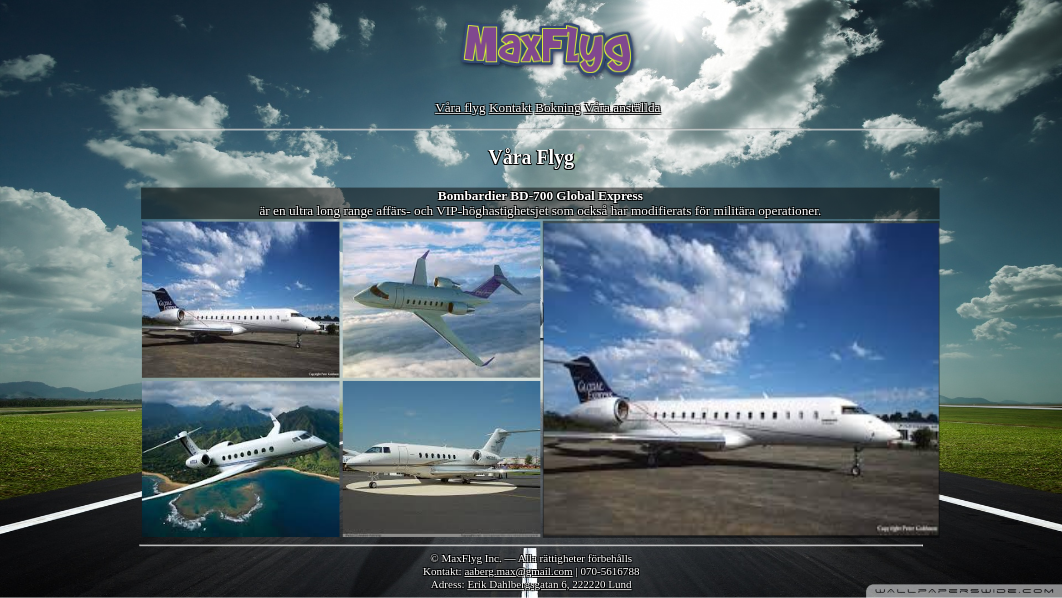
Repository: Maxenboy/Computer-Engineering-BA-A-Web-Programming-with-HTML5-CSS3-and-JavaScript-DT146G
Page: Mittuniversitet/Lab3/airplanes.html
The author's editor kept a copy of each file at every save. The page is drawn from the files as they stood at one save, then again after the next save.
The browser window is 1280 px wide. The pictures show the whole page, at 83% of full size.
Backgrounds fixed to the window are drawn as part of the page.

Above is the page before, as saved 2014-09-18 18:01:33.

### Mittuniversitet/Lab3/airplanes.html
<!DOCTYPE html>
<!--  Max Åberg
mabe1411
aaberg.max@gmail.com   -->

<html>
	<head>
		<meta charset="utf-8" />
		<title>MaxFlyg</title>
		<link type="text/css" rel="stylesheet" href="css/main.css">
		<link rel="shortcut icon" type="image/png" href="img/icon.png">
		<script src="js/main.js"></script>
	</head>
	<body>
		<header >

			<ul>
				<li>
					<a class="special" href="index.html"><img   src="img/logga.png" alt="MaxFlyg logga"/></a>
				</li>
			</ul>
			<ul>

				<li>
					<a href="">Våra flyg</a>
				</li>
				<li>
					<a href="contact.html">Kontakt</a>
				</li>
				<li>
					<a href="booking.html">Bokning</a>
				</li>
				<li>
					<a href="employees.html">Våra anställda</a>
				</li>
			</ul>
			<hr />
		</header>

		<section>
			<h1>Våra Flyg </h1>
			<table  class="table">
				<tr>
					<td colspan="3" class="span" id="description" ><strong> Bombardier BD-700 Global Express </strong>
					<br/>
					är en ultra long range affärs- och VIP-höghastighetsjet som också har modifierats för militära operationer.</td>
				</tr>
				<tr>
					<td><img  src="img/global.jpg" alt="Bombardier BD-700 Global Express" id="global" onclick="LoadImage('global')"/></td>
					<td><img src="img/challenger.jpg" alt="Bombardier Challenger 600-serien" id="challenger" onclick="LoadImage('challenger')" /></td>
					<td rowspan="2" class="span"><img  src="img/global.jpg" alt="Bombardier BD-700 Global Express" id="big"/></td>
				</tr>
				<tr>
					<td><img src="img/gulfstream.jpg" alt="Gulfstream" id="gulf" onclick="LoadImage('gulf')" /></td>
					<td><img src="img/hawker.jpg" alt="Hawker 800" id="hawk" onclick="LoadImage('hawk')" /></td>
				</tr>
			</table>
		</section>
		<footer>
			<hr/>
			&copy; MaxFlyg Inc. &mdash; Alla rättigheter förbehålls
			<br/>
			Kontakt: <a href="mailto:aaberg.max@gmail.com">aaberg.max@gmail.com</a> | 070-5616788
			<br/>
			Adress: <a href="contact.html"> Erik Dahlbergsgatan 6, 222220 Lund</a>
		</footer>

	</body>

</html>

### Mittuniversitet/Lab3/css/main.css
/*  Max Åberg
 mabe1411
 aaberg.max@gmail.com   */

@media handheld and (max-width: 480px) , screen and (max-width: 480px) {
	html {
		color: white;
		text-shadow: -1px -1px 0 #000, 1px -1px 0 #000, -1px 1px 0 #000, 1px 1px 0 #000;
		margin: 0 auto;
		width: 200px;
		text-align: center;
		background: url(../img/background.jpg) no-repeat center center fixed;
		-webkit-background-size: cover;
		-moz-background-size: cover;
		-o-background-size: cover;
		background-size: cover;
		height: 100%
	}

	li {
		display: inline;
	}
	a:link, a:visited {
		color: white;
		text-shadow: -1px -1px 0 #000, 1px -1px 0 #000, -1px 1px 0 #000, 1px 1px 0 #000;
	}
	.table img {
		width: 59px;
		height: 47px;
		vertical-align: middle;
	}
	.span img {
		width: 119px;
		height: 94px;
	}
}
@media only screen and (min-width: 481px) and (max-width: 1024px) {
	html {
		color: white;
		text-shadow: -1px -1px 0 #000, 1px -1px 0 #000, -1px 1px 0 #000, 1px 1px 0 #000;
		margin: 0 auto;
		width: 500px;
		text-align: center;
		background: url(../img/background.jpg) no-repeat center center fixed;
		-webkit-background-size: cover;
		-moz-background-size: cover;
		-o-background-size: cover;
		background-size: cover;
		height: 100%
	}

	li {
		display: inline;
	}
	a:link, a:visited {
		color: white;
		text-shadow: -1px -1px 0 #000, 1px -1px 0 #000, -1px 1px 0 #000, 1px 1px 0 #000;
	}
	footer {
		font-size: smaller;
	}
	.table img {
		width: 119px;
		height: 94px;
		vertical-align: middle;
	}
	.span img {
		width: 238px;
		height: 188px;
	}

	.span {
		width: 100%;
		background-color: rgba(0, 0, 0, .5);
	}
	.opac {
		background-color: rgba(0, 0, 0, .2);
	}

}
@media only screen and (min-width: 1025px) {
	html {
		color: white;
		text-shadow: -1px -1px 0 #000, 1px -1px 0 #000, -1px 1px 0 #000, 1px 1px 0 #000;
		margin: 0 auto;
		width: 960px;
		text-align: center;
		background: url(../img/background.jpg) no-repeat center center fixed;
		-webkit-background-size: cover;
		-moz-background-size: cover;
		-o-background-size: cover;
		background-size: cover;
		height: 100%
	}

	li {
		display: inline;
	}
	a:link, a:visited {
		color: white;
		text-shadow: -1px -1px 0 #000, 1px -1px 0 #000, -1px 1px 0 #000, 1px 1px 0 #000;
	}
	footer {
		font-size: smaller;
	}
	.table img {
		width: 238px;
		height: 188px;
		vertical-align: middle;
	}

	.span {
		width: 100%;
		background-color: rgba(0, 0, 0, .5);
	}
	.span img {
		width: 476px;
		height: 376px;
	}
	.opac {
		background-color: rgba(0, 0, 0, .2);
	}
	.map {
		height: 500px;
		width: 600px;
		text-shadow: none;
		color: black;
	}
	.small img {
		width: 150px;
		height: 150px;
		vertical-align: middle;
	}
}
@media print {
	html {
		text-align: center;
	}
	li {
		display: inline;
	}
	.map {
		height: 500px;
		width: 600px;
		text-shadow: none;
		color: black;
	}
}

### Mittuniversitet/Lab3/js/main.js
/*  Max Åberg
 mabe1411
 aaberg.max@gmail.com   */
var s, sUsrAg = navigator.userAgent, url;

function getBrowser() {
	navigator = window.navigator;

	if (sUsrAg.indexOf("Chrome") > -1) {
		s = "Google Chrome";
	} else if (sUsrAg.indexOf("Safari") > -1) {
		s = "Apple Safari";
	} else if (sUsrAg.indexOf("Opera") > -1) {
		s = "Opera";
	} else if (sUsrAg.indexOf("Firefox") > -1) {
		s = "Mozilla Firefox";
	} else if (sUsrAg.indexOf("MSIE") > -1) {
		s = "Microsoft Internet Explorer";
	} else {
		document.write("Undefined browser");
	}
	return s;
}

function LoadImage(name) {
	document.getElementById("big").src = document.getElementById(name).src;
	switch(name) {
	case "global":
		document.getElementById("description").innerHTML = "<strong> Bombardier BD-700 Global Express </strong><br/>	är en ultra long range affärs- och VIP-höghastighetsjet som också har modifierats för militära operationer.";
		break;
	case "challenger":
		document.getElementById("description").innerHTML = "<strong> Bombardier Challenger 600-serien</strong><br/>	är en familj av affärsjetplan designade av Bill Lear och producerade först av Canadair, tills det köptes upp av Bombardier Aerospace under 1986, och sedan av Bombardier.";
		break;
	case "gulf":
		document.getElementById("description").innerHTML = "<strong>Gulfstream</strong><br/>V och G-V SP är affärsjetflygplan tillverkade av General Dynamics' Gulfstream Aerospace i Savannah, Georgia, USA. De används också av den amerikanska militären under beteckningen C-37A.";
		break;
	case "hawk":
		document.getElementById("description").innerHTML = "<strong>Hawker 800 </strong><br/>är ett mellanstort tvåmotorig affärsflygplan. Det är en utveckling av British Aerospace BAe 125, och monteras av Hawker Beechcraft.";
		break;
	case "CEO":
		document.getElementById("description").innerHTML = "<strong> Max Åberg<br/>CEO/Developer/Founder</strong>";
		break;
	case "pilot":
		document.getElementById("description").innerHTML = "<strong>Pilot Sökes</strong><br/> Skicka gärna in din ansökan här: <a href=mailto:aaberg.max@gmail.com>aaberg.max@gmail.com</a>";
		break;
	case "co":
		document.getElementById("description").innerHTML = "<strong> Co-Pilot Sökes</strong><br/> Skicka gärna in din ansökan här: <a href=mailto:aaberg.max@gmail.com>aaberg.max@gmail.com</a>";
		break;
	case "steward":
		document.getElementById("description").innerHTML = "<strong> Flygvärdinna Sökes </strong><br/> Skicka gärna in din ansökan här: <a href=mailto:aaberg.max@gmail.com>aaberg.max@gmail.com</a>";
		break;
	default:
		document.getElementById("description").innerHTML = "<strong> Bombardier BD-700 Global Express </strong><br/>	är en ultra long range affärs- och VIP-höghastighetsjet som också har modifierats för militära operationer.";
		break;
	}
}

After the next save:
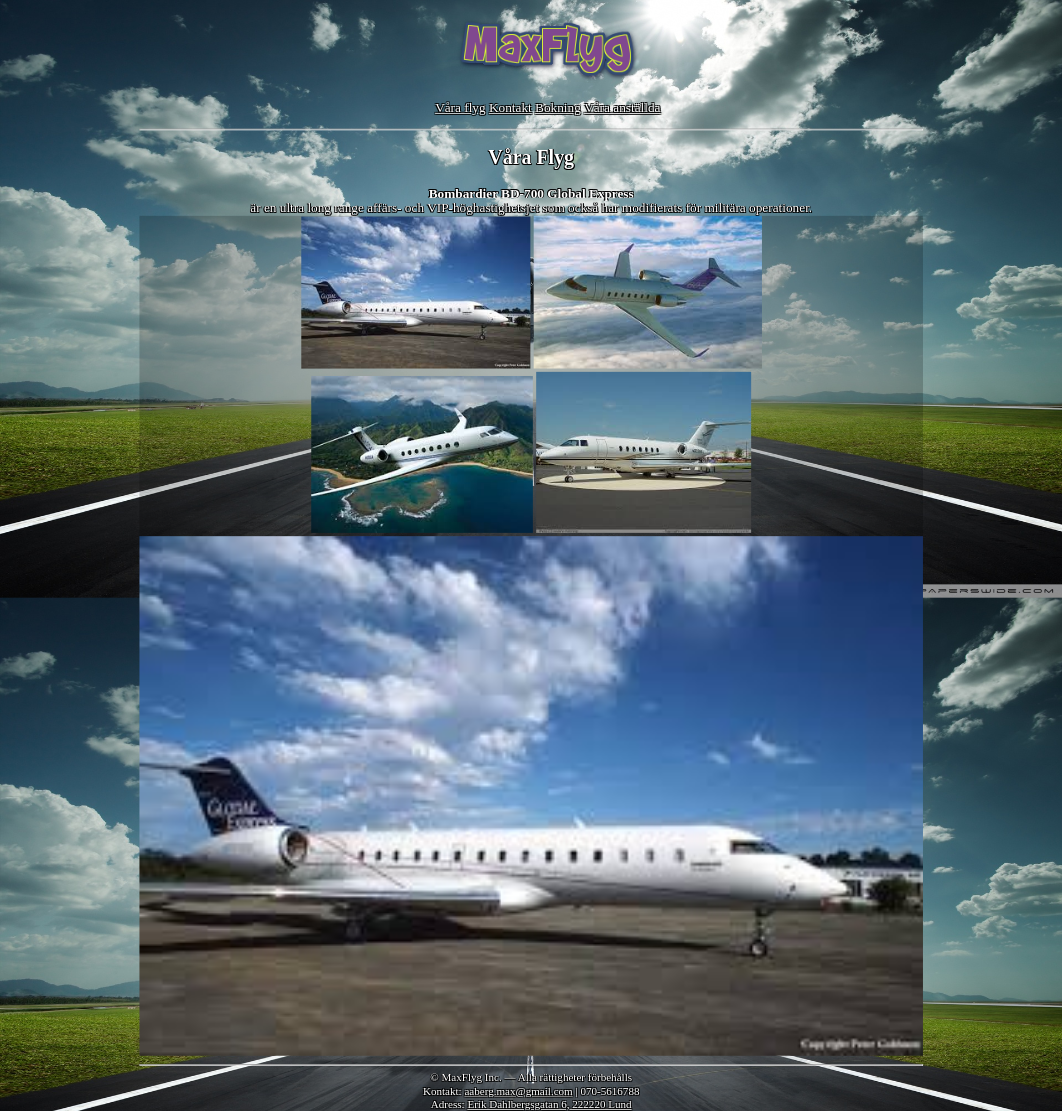
Saved 55 min 47 s later.
--- a/Mittuniversitet/Lab3/airplanes.html
+++ b/Mittuniversitet/Lab3/airplanes.html
@@ -39,22 +39,27 @@
 
 		<section>
 			<h1>Våra Flyg </h1>
-			<table  class="table">
-				<tr>
-					<td colspan="3" class="span" id="description" ><strong> Bombardier BD-700 Global Express </strong>
-					<br/>
-					är en ultra long range affärs- och VIP-höghastighetsjet som också har modifierats för militära operationer.</td>
-				</tr>
-				<tr>
-					<td><img  src="img/global.jpg" alt="Bombardier BD-700 Global Express" id="global" onclick="LoadImage('global')"/></td>
-					<td><img src="img/challenger.jpg" alt="Bombardier Challenger 600-serien" id="challenger" onclick="LoadImage('challenger')" /></td>
-					<td rowspan="2" class="span"><img  src="img/global.jpg" alt="Bombardier BD-700 Global Express" id="big"/></td>
-				</tr>
-				<tr>
-					<td><img src="img/gulfstream.jpg" alt="Gulfstream" id="gulf" onclick="LoadImage('gulf')" /></td>
-					<td><img src="img/hawker.jpg" alt="Hawker 800" id="hawk" onclick="LoadImage('hawk')" /></td>
-				</tr>
-			</table>
+			<div class="description" id="description">
+				<strong> Bombardier BD-700 Global Express </strong>
+				<br/>
+				är en ultra long range affärs- och VIP-höghastighetsjet som också har modifierats för militära operationer.
+			</div>
+			<div id="wrapper">
+				<div class="opac">
+					<div>
+						<img  src="img/global.jpg" alt="Bombardier BD-700 Global Express" id="global" onclick="LoadImage('global')"/>
+						<img src="img/challenger.jpg" alt="Bombardier Challenger 600-serien" id="challenger" onclick="LoadImage('challenger')" />
+					</div>
+					<div>
+						<img src="img/gulfstream.jpg" alt="Gulfstream" id="gulf" onclick="LoadImage('gulf')" />
+						<img src="img/hawker.jpg" alt="Hawker 800" id="hawk" onclick="LoadImage('hawk')" />
+					</div>
+				</div>
+				<div>
+					<img class="span" src="img/global.jpg" alt="Bombardier BD-700 Global Express" id="big"/>
+				</div>
+			</div>
+
 		</section>
 		<footer>
 			<hr/>
